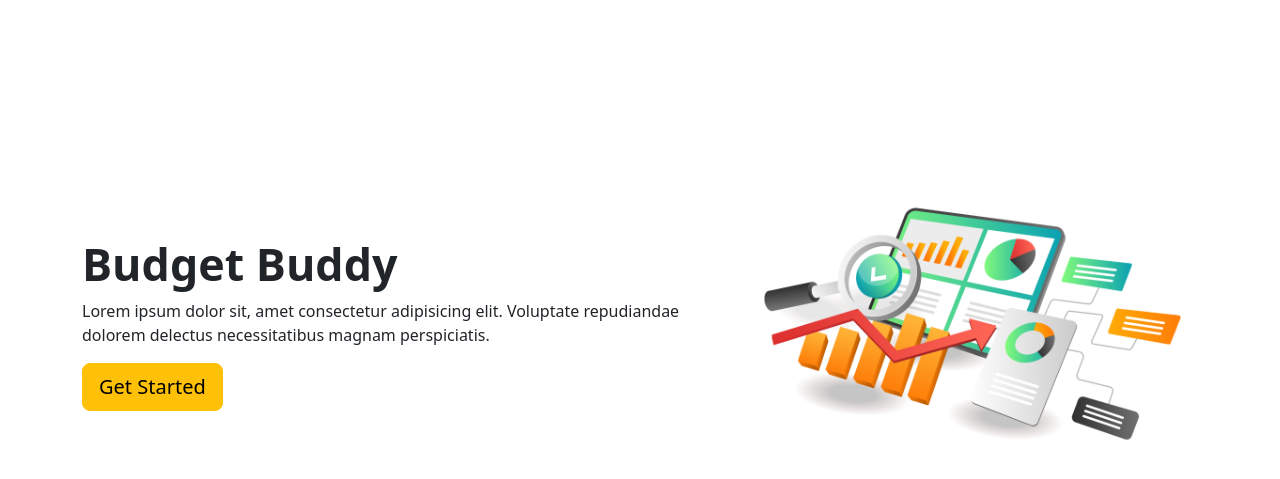
Repository: tommyshado/budget-buddy
Page: public/index.html
The author's editor kept a copy of each file at every save. The page is drawn from the files as they stood at one save, then again after the next save.
The browser window is 1280 px wide. The pictures show the whole page.

Above is the page before, as saved 2023-12-07 09:58:26.

### public/index.html
<!DOCTYPE html>
<html lang="en">
<head>
    <meta charset="UTF-8">
    <meta name="viewport" content="width=device-width, initial-scale=1.0">
    <title>Budget Buddy</title>
    <link href="https://cdn.jsdelivr.net/npm/bootstrap@5.2.3/dist/css/bootstrap.min.css" rel="stylesheet" integrity="sha384-rbsA2VBKQhggwzxH7pPCaAqO46MgnOM80zW1RWuH61DGLwZJEdK2Kadq2F9CUG65" crossorigin="anonymous">
</head>
<body>

    <div class="container">
        <div style="height: 90vh;" class="row d-flex align-items-center">
            <div class="col-md-7">
                <h1 style="font-size: 2.8rem;font-weight: 700" >Budget Buddy</h1>
                <p>
                    Lorem ipsum dolor sit, amet consectetur adipisicing elit.
                    Voluptate repudiandae dolorem delectus necessitatibus magnam perspiciatis.
                </p>
                <a href="/scan.html" class="btn btn-warning btn-lg" >Get Started</a>
            </div>
            <div class="col-md-5">
                <img src="vecteezy_isometric-illustration-concept-network-analysis-seo_5638534.jpg" alt="" class="img-fluid">
            </div>
        </div>
    </div>

    <script src="https://cdn.jsdelivr.net/npm/bootstrap@5.2.3/dist/js/bootstrap.bundle.min.js" integrity="sha384-kenU1KFdBIe4zVF0s0G1M5b4hcpxyD9F7jL+jjXkk+Q2h455rYXK/7HAuoJl+0I4" crossorigin="anonymous"></script>
</body>
</html>

After the next save:
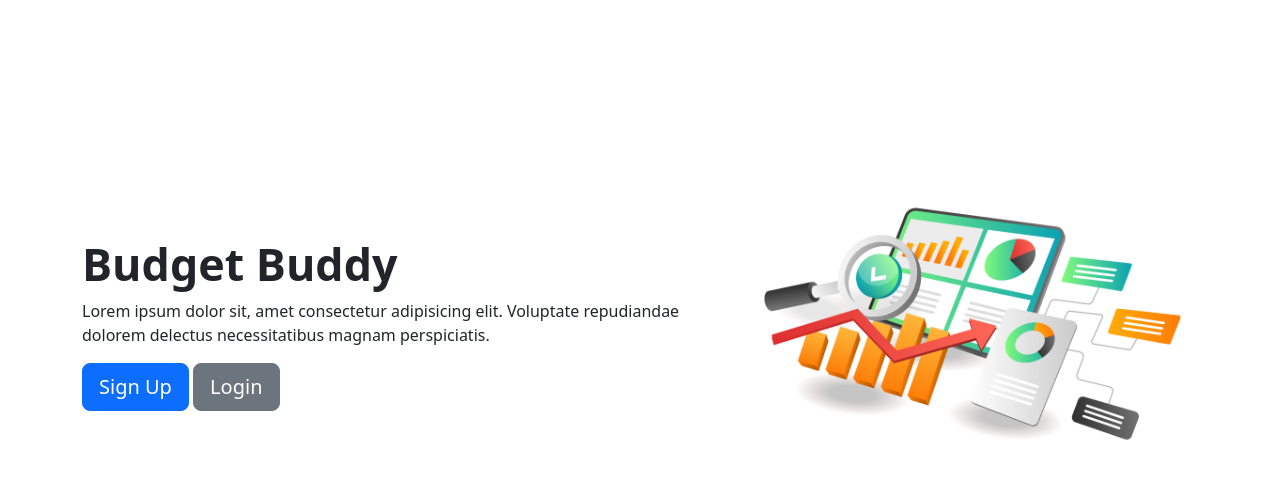
Saved 2 h 1 min later.
--- a/public/index.html
+++ b/public/index.html
@@ -16,7 +16,10 @@
                     Lorem ipsum dolor sit, amet consectetur adipisicing elit.
                     Voluptate repudiandae dolorem delectus necessitatibus magnam perspiciatis.
                 </p>
-                <a href="/scan.html" class="btn btn-warning btn-lg" >Get Started</a>
+                <!-- Sign Up Button -->
+                <a href="/signup.html" class="btn btn-primary btn-lg" >Sign Up</a>
+                <!-- Login Button -->
+                <a href="/login.html" class="btn btn-secondary btn-lg" >Login</a>
             </div>
             <div class="col-md-5">
                 <img src="vecteezy_isometric-illustration-concept-network-analysis-seo_5638534.jpg" alt="" class="img-fluid">
